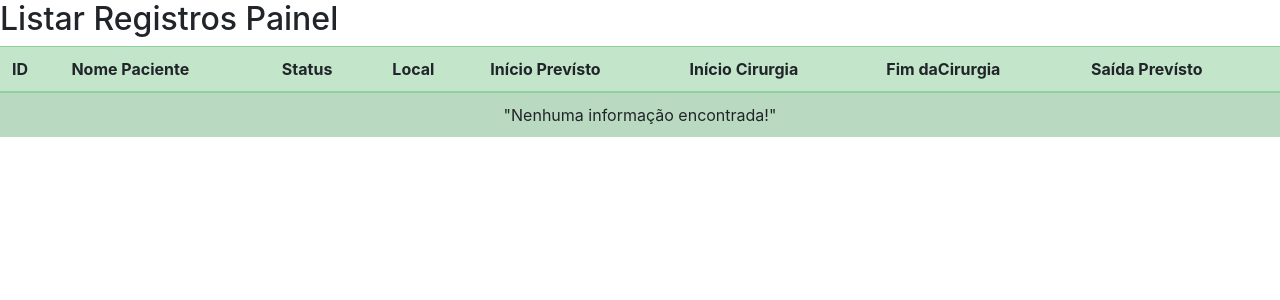
Repository: eduardo-r-jesus/Projeto_Centro_Cirurgico
Page: http://localhost/centro_cirurgico_web/formListaPainel.jsp
These files come from the project's save history. The page is drawn as it stood at one moment and after the next save; the edit follows.
The browser window is 1280 px wide. The pictures show the whole page.
The page is served by Tomcat 9. Other server files are loaded and not shown. Queries for data that is not in the repository find no rows.

Above is the page before, as saved 2021-09-09 19:48:54.

### centro_cirurgico_web/src/main/webapp/formListaPainel.jsp
<%@page import="java.io.PrintWriter"%>
<%@page import="org.cc.model.Painel"%>
<%@page import="org.cc.dao.PainelDao"%>
<%@page import="java.util.List"%>
<%@page import="org.cc.model.Usuario"%>
<%@page import="org.cc.dao.UsuarioDao"%>
<%@ page language="java" contentType="text/html; charset=UTF-8"
	pageEncoding="UTF-8"%>

<head>
<meta charset="UTF-8">
<title>Listar Registros Painel</title>
<meta name="viewport" content="width=device-width, initial-scale=1">
<link rel="stylesheet" href="css/bootstrap.min.css">
<link rel="stylesheet" href="css/estilo.css">
</head>

<h2>Listar Registros Painel</h2>
<%
PrintWriter saida = response.getWriter();
%>

<table class="table table-success table-striped table-hover">
	<thead>
		<tr>
			<th>ID</th>
			<th>Nome Paciente</th>
			<th>Status</th>
			<th>Local</th>
			<th>Início Prevísto</th>
			<th>Início Cirurgia</th>
			<th>Fim daCirurgia</th>
			<th>Saída Prevísto</th>
		</tr>
	</thead>
		<%
		PainelDao objPaiDao = new PainelDao();
		List<Painel> ls = objPaiDao.listarRegistrosPainel();

		if (ls.size() > 0) {
			for (Painel painel : ls) {
		%>

		<tr
			onclick="window.location.href = 'formGerenciaPainel.jsp?id=<%=painel.getId()%>'">
			<td><%=painel.getId()%></td>
			<td><%=painel.getNomePaciente()%></td>

			<%
			if(painel.getStatus().equals("operatorio")){
			%>
				<td class="operatorio"><%=painel.getStatus()%></td>
			<%
			}else if(painel.getStatus().equals("sala-cirurgica")){%>
				<td class="salaCirurgia"><%=painel.getStatus()%></td>
			<%
			}else if(painel.getStatus().equals("recuperacao")){%>
				<td class="recuperacao"><%=painel.getStatus()%></td>
			<%
			}else if(painel.getStatus().equals("transferido")){%>
				<td class="transferido"><%=painel.getStatus()%></td>
			<%
			}else{%>
				<td><%=painel.getStatus()%></td>
			<%}%>
			<td><%=painel.getLocal()%></td>
			<td><%=painel.getInicioPrevisto()%></td>
			<td><%=painel.getInicioCirurgia()%></td>
			<td><%=painel.getFimCirurgia()%></td>
			<td><%=painel.getSaidaPrevista()%></td>
		</tr>

		<%
		}
		%>



		<%
		} else {
		%>
		<tr>
			<td colspan="8" style="text-align: center">"Nenhuma informação
				encontrada!"</td>
		</tr>
		<%
		}
		%>
</table>

### centro_cirurgico_web/src/main/java/org/cc/dao/PainelDao.java
package org.cc.dao;

import java.sql.Connection;
import java.sql.PreparedStatement;
import java.sql.ResultSet;
import java.util.ArrayList;
import java.util.List;

import org.cc.conexao.Conexao;
import org.cc.model.Painel;

public class PainelDao {

	public boolean adicionarRegistroPacienePainel(Painel objPnl) {
		try {
			Connection cont = Conexao.conectar();

			String sql = "insert into painel (nome_paciente, status, local, inicio_previsto, inicio_cirurgia, fim_cirurgia, saida_prevista)"
					+ "values(?, ?, ?, ?, ?, ?, ?)";
			PreparedStatement pst = cont.prepareStatement(sql);
			pst.setString(1, objPnl.getNomePaciente());
			pst.setString(2, objPnl.getStatus());
			pst.setString(3, objPnl.getLocal());
			pst.setString(4, objPnl.getInicioPrevisto());
			pst.setString(5, objPnl.getInicioCirurgia());
			pst.setString(6, objPnl.getFimCirurgia());
			pst.setString(7, objPnl.getSaidaPrevista());
			pst.execute();
			pst.close();
			cont.close();
			return true;
		} catch (Exception e) {
			e.printStackTrace();
		}
		return false;
	}

	public boolean alterarRegistroPacienePainel(Painel objPnl) {
		try {
			Connection cont = Conexao.conectar();

			String sql = "update painel set nome_paciente = ?, status = ?, local = ?, inicio_previsto = ?, inicio_cirurgia = ?, fim_cirurgia = ?, saida_prevista = ? where id = ?";

			PreparedStatement pst = cont.prepareStatement(sql);
			pst.setString(1, objPnl.getNomePaciente());
			pst.setString(2, objPnl.getStatus());
			pst.setString(3, objPnl.getLocal());
			pst.setString(4, objPnl.getInicioPrevisto());
			pst.setString(5, objPnl.getInicioCirurgia());
			pst.setString(6, objPnl.getFimCirurgia());
			pst.setString(7, objPnl.getSaidaPrevista());
			pst.setInt(8, objPnl.getId());
			pst.execute();
			pst.close();
			cont.close();
			return true;
		} catch (Exception e) {
			e.printStackTrace();
		}
		return false;
	}


	public boolean excluirRegistroPacienePainel(int id) {
		try {
			Connection cont = Conexao.conectar();

			String sql = "delete from painel where id = ?";

			PreparedStatement pst = cont.prepareStatement(sql);
			pst.setInt(1, id);
			pst.execute();
			pst.close();
			cont.close();
			return true;
		} catch (Exception e) {
			e.printStackTrace();
		}
		return false;
	}

	public Painel getRegistroPainel(int id) {
		Painel pnl = new Painel();

		try {
			Connection cont = Conexao.conectar();
			PreparedStatement pst = cont.prepareStatement("select * from painel where id = ?");
			pst.setInt(1, id);
			ResultSet rs = pst.executeQuery();
			while (rs.next()) {
				pnl.setId(rs.getInt("id"));
				pnl.setNomePaciente(rs.getString("nome_paciente"));
				pnl.setStatus(rs.getString("status"));
				pnl.setLocal(rs.getString("local"));
				pnl.setInicioPrevisto(rs.getString("inicio_previsto"));
				pnl.setInicioCirurgia(rs.getString("inicio_cirurgia"));
				pnl.setFimCirurgia(rs.getString("fim_cirurgia"));
				pnl.setSaidaPrevista(rs.getString("saida_prevista"));
			}
			cont.close();
		} catch (Exception e) {
			// TODO: handle exception
			e.printStackTrace();
		}

		return pnl;
	}

	public List<Painel> listarRegistrosPainel() {
		List<Painel> ls = new ArrayList<>();
		try {
			Connection cont = Conexao.conectar();
			PreparedStatement pst = cont.prepareStatement("select * from painel order by id");
			ResultSet rs = pst.executeQuery();
			while (rs.next()) {
				Painel pnl = new Painel();
				pnl.setId(rs.getInt("id"));
				pnl.setNomePaciente(rs.getString("nome_paciente"));
				pnl.setStatus(rs.getString("status"));
				pnl.setLocal(rs.getString("local"));
				pnl.setInicioPrevisto(rs.getString("inicio_previsto"));
				pnl.setInicioCirurgia(rs.getString("inicio_cirurgia"));
				pnl.setFimCirurgia(rs.getString("fim_cirurgia"));
				pnl.setSaidaPrevista(rs.getString("saida_prevista"));
				ls.add(pnl);
			}
			cont.close();
		} catch (Exception e) {
			// TODO: handle exception
			e.printStackTrace();
		}

		return ls;
	}


}

### centro_cirurgico_web/src/main/java/org/cc/conexao/Conexao.java
package org.cc.conexao;
import java.sql.Connection;
import java.sql.DriverManager;

public class Conexao {

	public static Connection conectar(){
		try {
			Class.forName("org.postgresql.Driver");
			String url = "jdbc:postgresql://chunee.db.elephantsql.com:5432/ebjmmhdn";
			String usuarioDb = "ebjmmhdn";
			String senhaDb = "Q_lQBrTw3n5KYMr1FTCsDHp09OO4jpXR";
			return DriverManager.getConnection(url, usuarioDb, senhaDb);
		} catch (Exception e) {
			System.out.println("Erro de Conexão");
			e.printStackTrace();
			return null;
		}



	}
}

### centro_cirurgico_web/src/main/webapp/css/estilo.css

fieldset{
    width: 25%;
    height: 100%;
    margin: auto;
    border: 2px solid green;
    border-radius: 5px;
    margin-top: 40px;
}

legend{
   font-family: Helvetica, sans-serif;
   font-size: 16px;
   font-weight: bold;
}

.texto{
   margin-top: 20px;
   margin-bottom:10px;
   text-align: center;
   font-family: Helvetica, sans-serif;
   font-size: 16px;
   font-weight: bold;
}

input[type=email], input[type=password], input[type=radio], input[type=text], input[type=time]{
    border: 2px solid green;
    border-radius: 5px;
}

.borda{
	border: 2px solid green;
    border-radius: 5px;
}

input[type=email]:focus, input[type=password]:focus{
    background-color: #ffef01;
}

input[type=radio]{
	border-left: 5px;
}
.espacamento{
	margin-left: 30px;
}

.larguraTexto{
	height: 30px;
    display: block;
    width: 80%;
    margin: auto;
    margin-bottom: 10px;
}

.centro_img{
	width: 15em;
	text-align: center;
	border: solid 1px;
	color:yellow;
	margin: auto;
	margin-top: 30px;
}

.centro{
	text-align: center;
	margin-top: 30px;
}

.bt{
    border: 2px solid green;
    border-radius: 5px;
    background-color: green;
    color: #FFF;
    padding: 5px 10px;
    font-weight: bold;
    text-decoration: none;
    margin-top: 4px;
    margin-left: 5px;
}

.bt:hover{
    background-color: #FFF;
    color: green;
    cursor: pointer;
}

.bt_acessar a{
	color: #ffc107;
	border: 1px solid #ffc107;
    border-radius: 5px;
    padding: 2px 4px;
    text-decoration: none;
	float: right;
	margin-top: 2em;
	margin-right: 6em;
}

.bt_acessar a:hover{
	color: #fff;
	background-color: #ffc107;
}

#botao_direita a:hover{
	 text-decoration: none;
	 border-left: 200px;
	 color: #fff;
}

 ul{
    background-color: green;
    list-style-type: none;
    margin: 0;
    padding: 0;
    overflow: hidden;
}

li{
    float: left;
}

li a {
	display: inline-block;
    color:#FFF;
    padding: 16px;
    display: block;
    text-align: center;
    text-decoration: none;
}

li a:hover{
    background-color: yellow;
    color:green;
    text-decoration: none;
}

tr{
	cursor: pointer;
}

.operatorio{
	background-color: #fbd972;
}

.salaCirurgia{
	background-color: #fd5766;
}

.recuperacao{
	background-color: #89e89f;
}

.transferido{
	background-color: #28a745;
}

Loaded but not shown: centro_cirurgico_web/src/main/webapp/css/bootstrap.min.css (library)

After the next save:
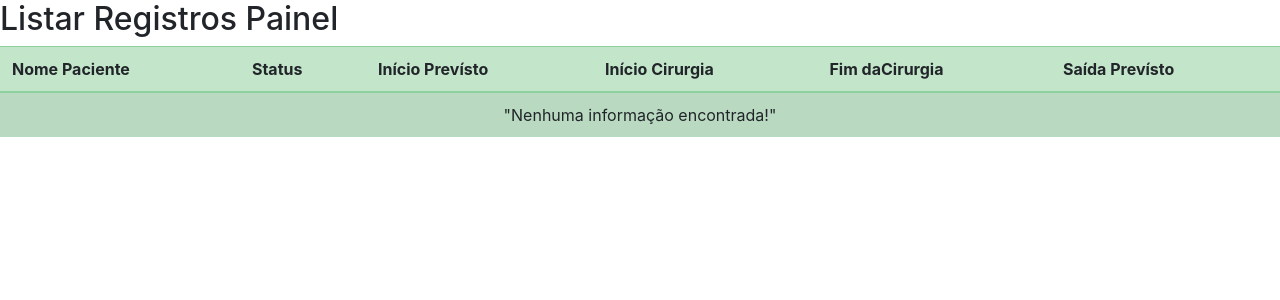
Saved 3 min 5 s later.
--- a/centro_cirurgico_web/src/main/webapp/formListaPainel.jsp
+++ b/centro_cirurgico_web/src/main/webapp/formListaPainel.jsp
@@ -23,10 +23,8 @@
 <table class="table table-success table-striped table-hover">
 	<thead>
 		<tr>
-			<th>ID</th>
 			<th>Nome Paciente</th>
 			<th>Status</th>
-			<th>Local</th>
 			<th>Início Prevísto</th>
 			<th>Início Cirurgia</th>
 			<th>Fim daCirurgia</th>
@@ -43,27 +41,27 @@
 
 		<tr
 			onclick="window.location.href = 'formGerenciaPainel.jsp?id=<%=painel.getId()%>'">
-			<td><%=painel.getId()%></td>
-			<td><%=painel.getNomePaciente()%></td>
+
+			<td width="40%"><%=painel.getNomePaciente()%></td>
 
 			<%
 			if(painel.getStatus().equals("operatorio")){
 			%>
-				<td class="operatorio"><%=painel.getStatus()%></td>
+				<td class="operatorio" width="20%"><%=painel.getStatus()%></td>
 			<%
 			}else if(painel.getStatus().equals("sala-cirurgica")){%>
-				<td class="salaCirurgia"><%=painel.getStatus()%></td>
+				<td class="salaCirurgia" width="20%"><%=painel.getStatus()%></td>
 			<%
 			}else if(painel.getStatus().equals("recuperacao")){%>
-				<td class="recuperacao"><%=painel.getStatus()%></td>
+				<td class="recuperacao" width="20%"><%=painel.getStatus()%></td>
 			<%
 			}else if(painel.getStatus().equals("transferido")){%>
-				<td class="transferido"><%=painel.getStatus()%></td>
+				<td class="transferido" width="20%"><%=painel.getStatus()%></td>
 			<%
 			}else{%>
-				<td><%=painel.getStatus()%></td>
+				<td width="20%"><%=painel.getStatus()%></td>
 			<%}%>
-			<td><%=painel.getLocal()%></td>
+
 			<td><%=painel.getInicioPrevisto()%></td>
 			<td><%=painel.getInicioCirurgia()%></td>
 			<td><%=painel.getFimCirurgia()%></td>
